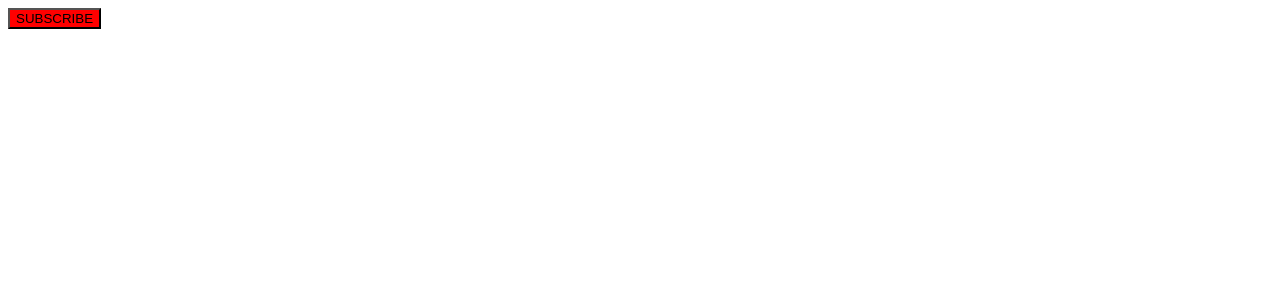
Repository: Kurumilli/Youtube
Page: buttons.html
The author's editor kept a copy of each file at every save. The page is drawn from the files as they stood at one save, then again after the next save.
The browser window is 1280 px wide. The pictures show the whole page.

Above is the page before, as saved 2025-01-23 19:57:35.

After the next save:
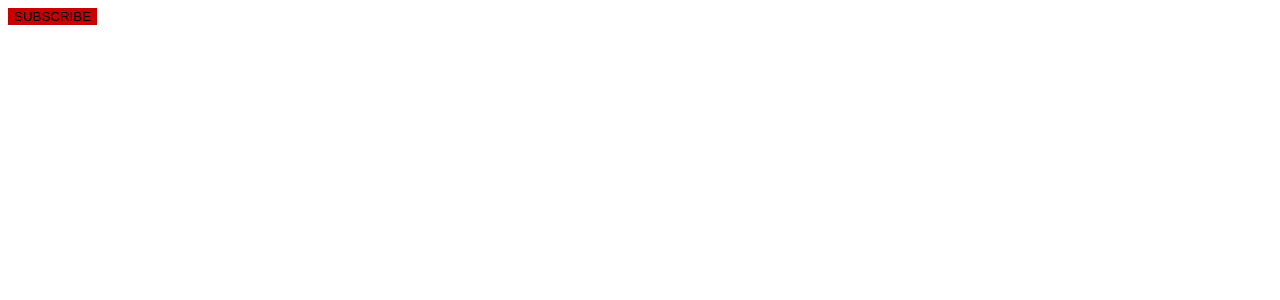
Saved 69 s later.
--- a/buttons.html
+++ b/buttons.html
@@ -2,7 +2,9 @@
 <body>
 <style>
 .subscribe{
-    background-color: rgb(255, 0, 0);
+    background-color: rgb(200, 0, 0);
+    border:none;
+
 }
 </style>
 
